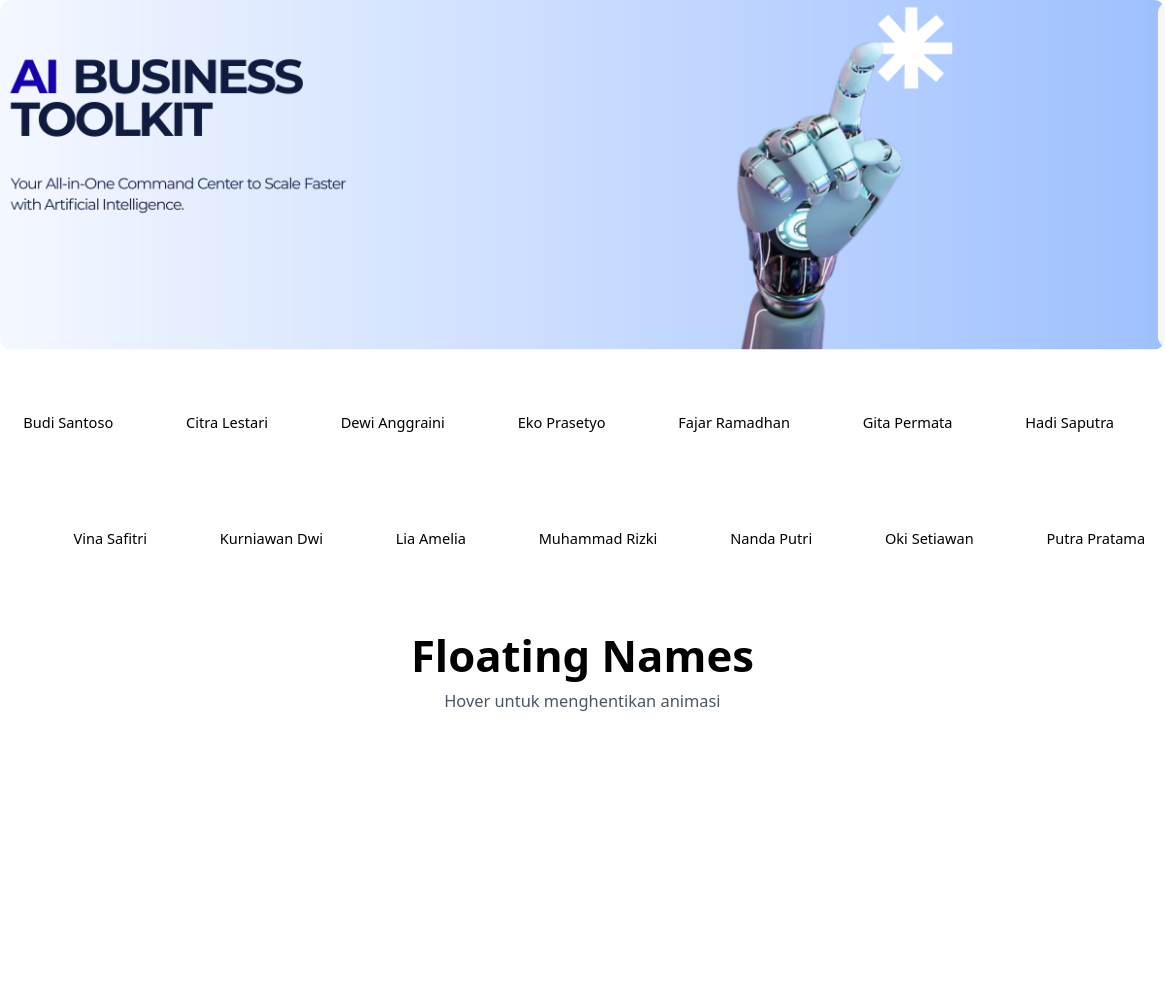
Repository: MUHAMADTEGARWIJAYA/AI-BUSINESS-TOOLKIT
Page: /
These files come from the project's save history. The page is drawn as it stood at one moment and after the next save; the edit follows.
The browser window is 1280 px wide. The pictures show the whole page, at 91% of full size.
The project was rebuilt for these pictures with package versions that can differ from the ones it lists, and the page was loaded fresh each time. Also part of the build but not shown: vite.config.js.

Above is the page before, as saved 2026-01-07 15:03:52.

After the next save:
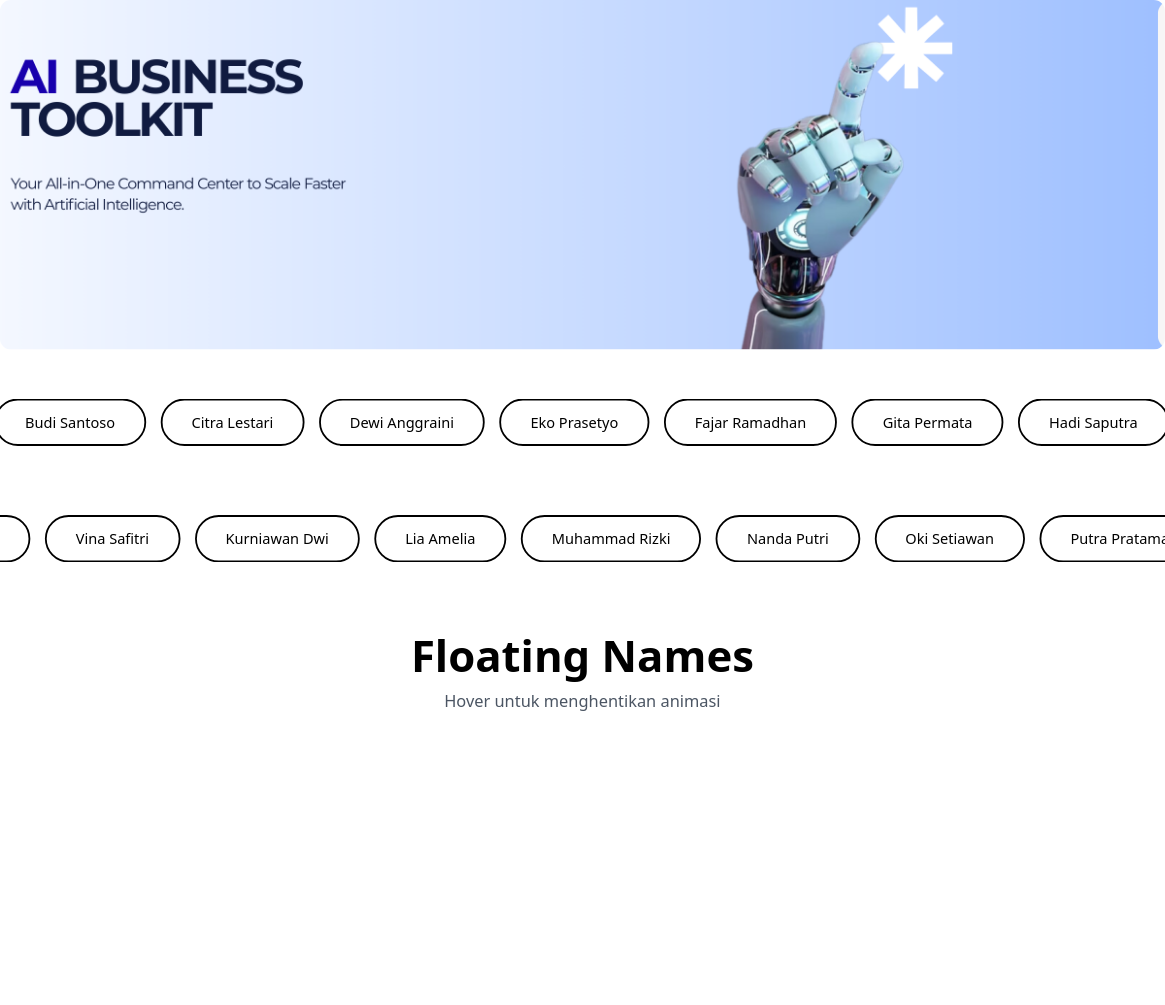
Saved 17 s later.
--- a/src/views/NamaFloating.vue
+++ b/src/views/NamaFloating.vue
@@ -7,7 +7,7 @@
           <div
             v-for="(nama, idx) in line1Double"
             :key="idx"
-            class="floating-card inline-block px-8 py-3 bg-white rounded-full"
+            class="floating-card inline-block px-8 py-3 bg-white border-2 border-black rounded-full"
           >
             <span class="text-black font-medium text-base">{{ nama }}</span>
           </div>
@@ -20,7 +20,7 @@
           <div
             v-for="(nama, idx) in line2Double"
             :key="idx"
-            class="floating-card inline-block px-8 py-3 bg-white rounded-full"
+            class="floating-card inline-block px-8 py-3 bg-white border-2 border-black rounded-full"
           >
             <span class="text-black font-medium text-base">{{ nama }}</span>
           </div>
